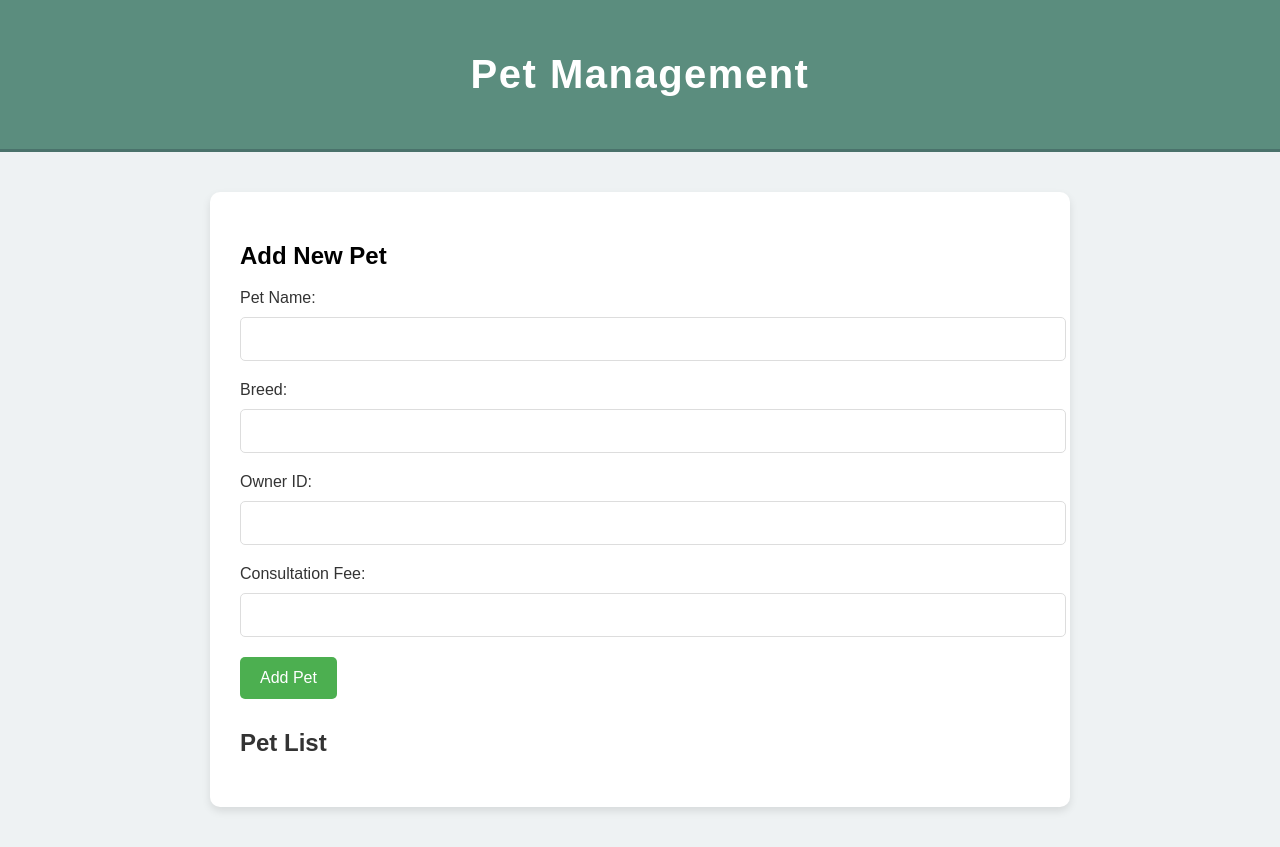
Repository: abirami1105/repoA
Page: PetClinicApplication/src/main/resources/static/pet.html
An editor plug-in stored every save of this project. The page is shown before and after the next save, followed by the edit.
The browser window is 1280 px wide. The pictures show the whole page.
The page's requests for data from a server got no answer.

Above is the page before, as saved 2025-01-02 18:51:59.

### PetClinicApplication/src/main/resources/static/pet.html
<!DOCTYPE html>
<html lang="en">
<head>
    <meta charset="UTF-8">
    <meta name="viewport" content="width=device-width, initial-scale=1.0">
    <title>Pet Management</title>
    <style>
        body {
            font-family: 'Arial', sans-serif;
            background-color: #eef2f3;
            margin: 0;
            padding: 0;
        }

        header {
            background-color: #5b8d7e;
            color: white;
            padding: 25px 0;
            text-align: center;
            border-bottom: 3px solid #4a726b;
        }

        header h1 {
            font-size: 2.5rem;
            letter-spacing: 1.5px;
        }

        .container {
            max-width: 800px;
            margin: 40px auto;
            padding: 30px;
            background-color: #ffffff;
            border-radius: 10px;
            box-shadow: 0 4px 8px rgba(0, 0, 0, 0.1);
        }

        .form-container {
            margin-bottom: 30px;
        }

        .form-container label {
            display: block;
            margin-bottom: 10px;
            font-size: 1rem;
            color: #333;
        }

        .form-container input {
            width: 100%;
            padding: 12px;
            font-size: 1rem;
            margin-bottom: 20px;
            border: 1px solid #ddd;
            border-radius: 5px;
        }

        .form-container button {
            background-color: #4CAF50;
            color: white;
            padding: 12px 20px;
            font-size: 1rem;
            border: none;
            border-radius: 5px;
            cursor: pointer;
            transition: background-color 0.3s ease;
        }

        .form-container button:hover {
            background-color: #45a049;
        }

        .pet-list {
            margin-top: 30px;
        }

        .pet-list h2 {
            color: #333;
        }

        .pet-list ul {
            list-style: none;
            padding: 0;
        }

        .pet-list li {
            background-color: #f9f9f9;
            padding: 10px;
            margin-bottom: 12px;
            border-radius: 5px;
            box-shadow: 0 2px 4px rgba(0, 0, 0, 0.1);
            color: #555;
        }

    </style>
</head>
<body>

<header>
    <h1>Pet Management</h1>
</header>

<div class="container">
    <div class="form-container">
        <h2>Add New Pet</h2>
        <form id="petForm">
            <label for="name">Pet Name:</label>
            <input type="text" id="name" name="name" required>

            <label for="breed">Breed:</label>
            <input type="text" id="breed" name="breed" required>

            <label for="ownerId">Owner ID:</label>
            <input type="number" id="ownerId" name="ownerId" required>

            <label for="consultationFee">Consultation Fee:</label>
            <input type="number" id="consultationFee" name="consultationFee" required>

            <button type="submit">Add Pet</button>
        </form>
    </div>

    <div class="pet-list">
        <h2>Pet List</h2>
        <ul id="petList"></ul>
    </div>
</div>

<script>
    document.getElementById("petForm").addEventListener("submit", function(event) {
        event.preventDefault();

        const petData = {
            name: document.getElementById("name").value,
            breed: document.getElementById("breed").value,
            owner: { id: document.getElementById("ownerId").value },
            consultationFee: document.getElementById("consultationFee").value
        };

        fetch("/pets", {
            method: "POST",
            headers: {
                "Content-Type": "application/json"
            },
            body: JSON.stringify(petData)
        })
        .then(response => response.json())
        .then(pet => {
            alert("Pet added successfully!");
            loadPets(); // Reload the list of pets
        });
    });

    function loadPets() {
        fetch("/pets")
            .then(response => response.json())
            .then(pets => {
                const petList = document.getElementById("petList");
                petList.innerHTML = "";
                pets.forEach(pet => {
                    const listItem = document.createElement("li");
                    listItem.textContent = `${pet.name} (${pet.breed}) - Owner ID: ${pet.owner.id} - Fee: $${pet.consultationFee}`;
                    petList.appendChild(listItem);
                });
            });
    }

    loadPets(); // Load pets when the page is first loaded
</script>

</body>
</html>

After the next save:
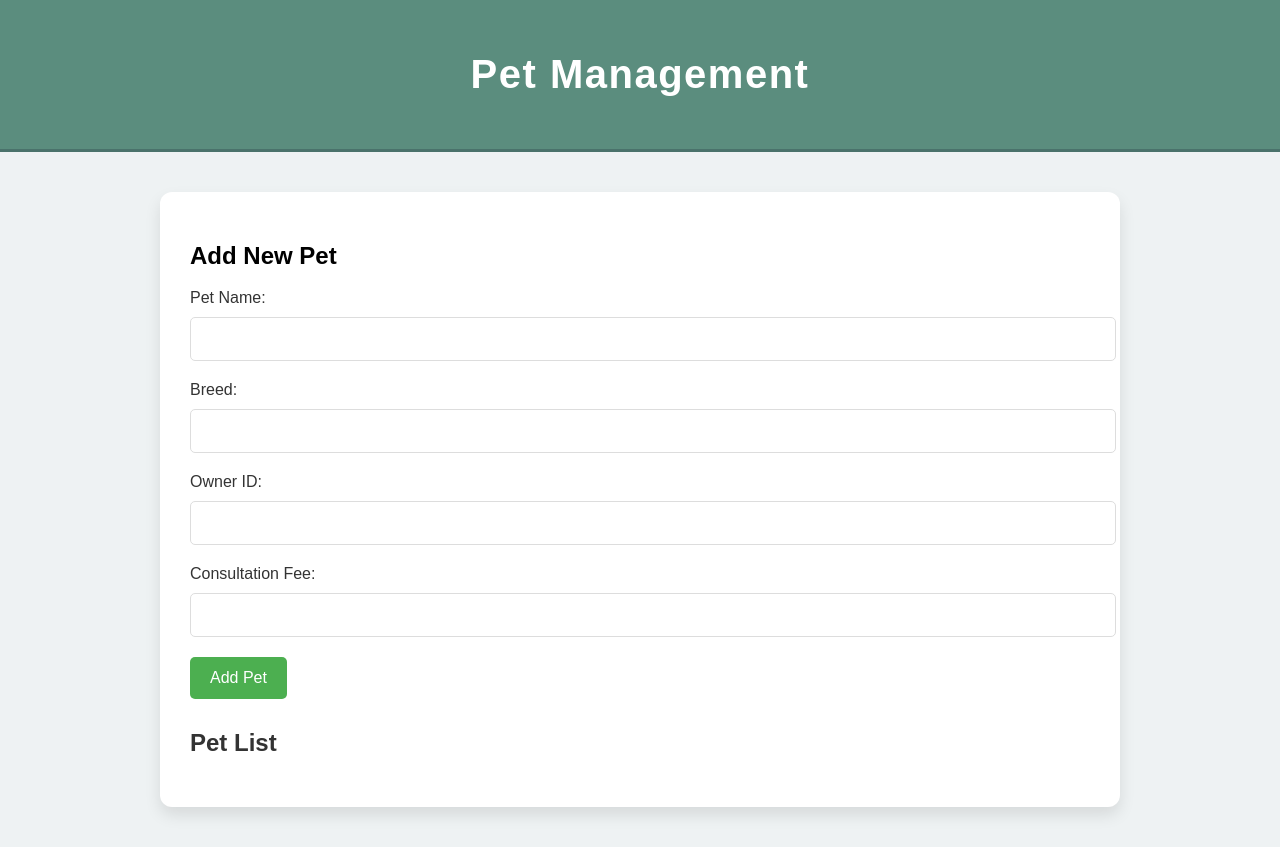
Saved 31 s later.
--- a/PetClinicApplication/src/main/resources/static/pet.html
+++ b/PetClinicApplication/src/main/resources/static/pet.html
@@ -26,12 +26,12 @@
         }
 
         .container {
-            max-width: 800px;
+            max-width: 900px;
             margin: 40px auto;
             padding: 30px;
             background-color: #ffffff;
-            border-radius: 10px;
-            box-shadow: 0 4px 8px rgba(0, 0, 0, 0.1);
+            border-radius: 12px;
+            box-shadow: 0 8px 16px rgba(0, 0, 0, 0.1);
         }
 
         .form-container {
